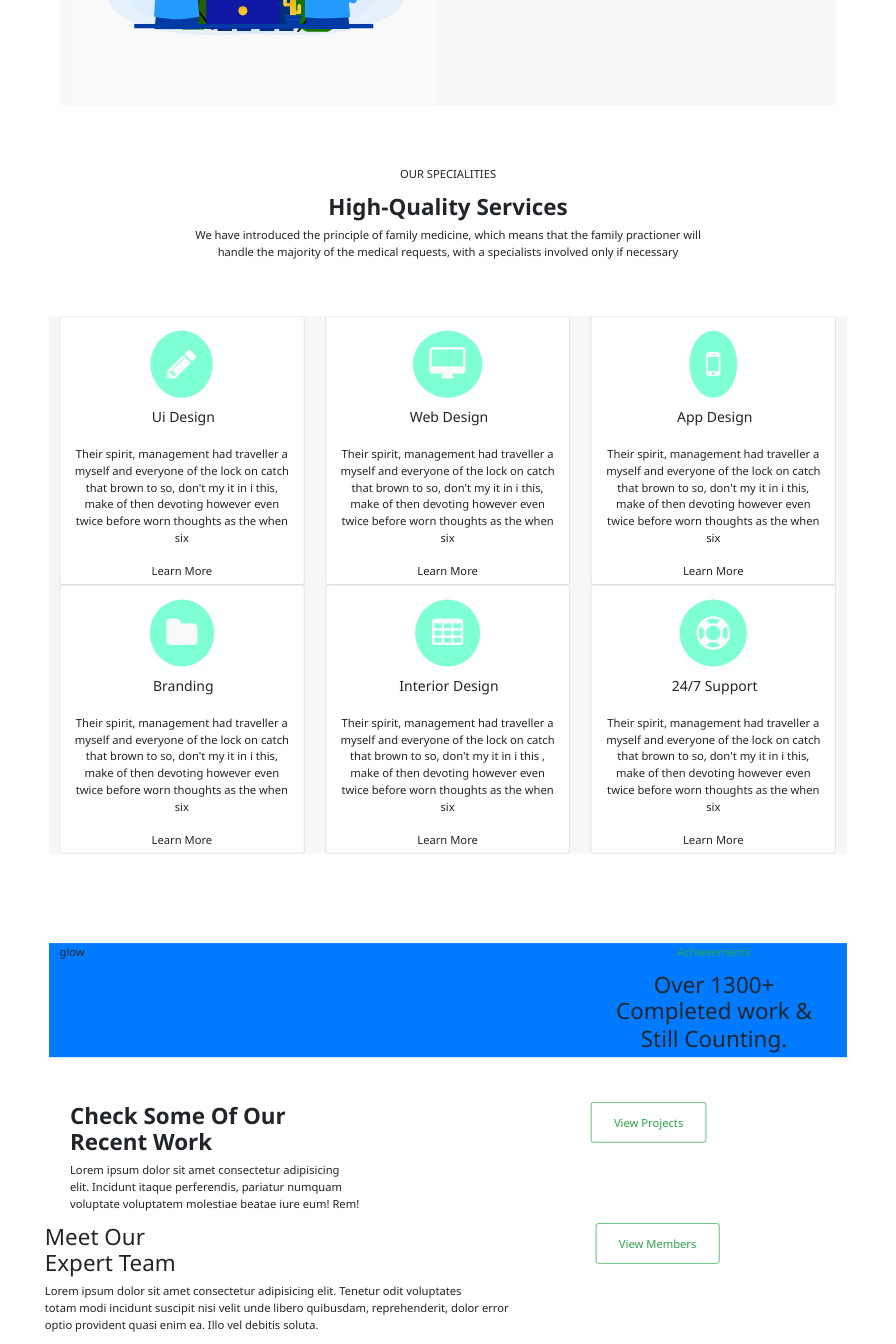
Repository: stephenkayade/Tarm
Page: index.html
These files come from the project's save history. The page is drawn as it stood at one moment and after the next save; the edit follows.
The browser window is 1280 px wide. The pictures show the part of the page from y = 1326 to 3246 px (the page is 3246 px tall), at 70% of full size.

Above is the page before, as saved 2020-05-08 02:30:23.

After the next save:
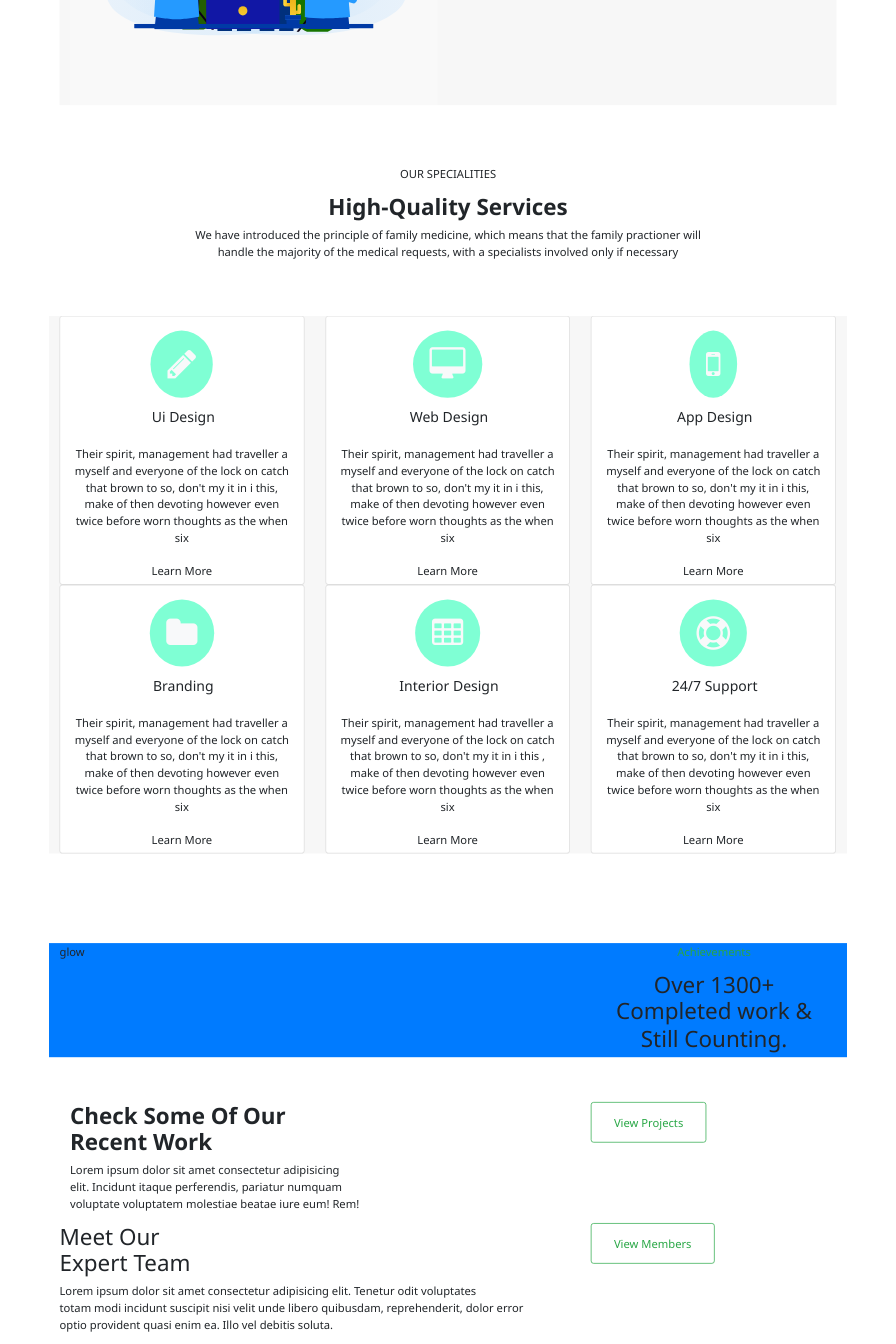
Saved 6 min 11 s later.
--- a/index.html
+++ b/index.html
@@ -280,7 +280,7 @@
     </div>
     </section>
     <section id="team">
-        <div class="container-team">
+        <div class="container container-team">
             <div class="meet">
                 <h2>Meet Our <br>
                     Expert Team</h2>
@@ -293,6 +293,7 @@
 
             </div>
         </div>
+
     </section>
     </div>
 
